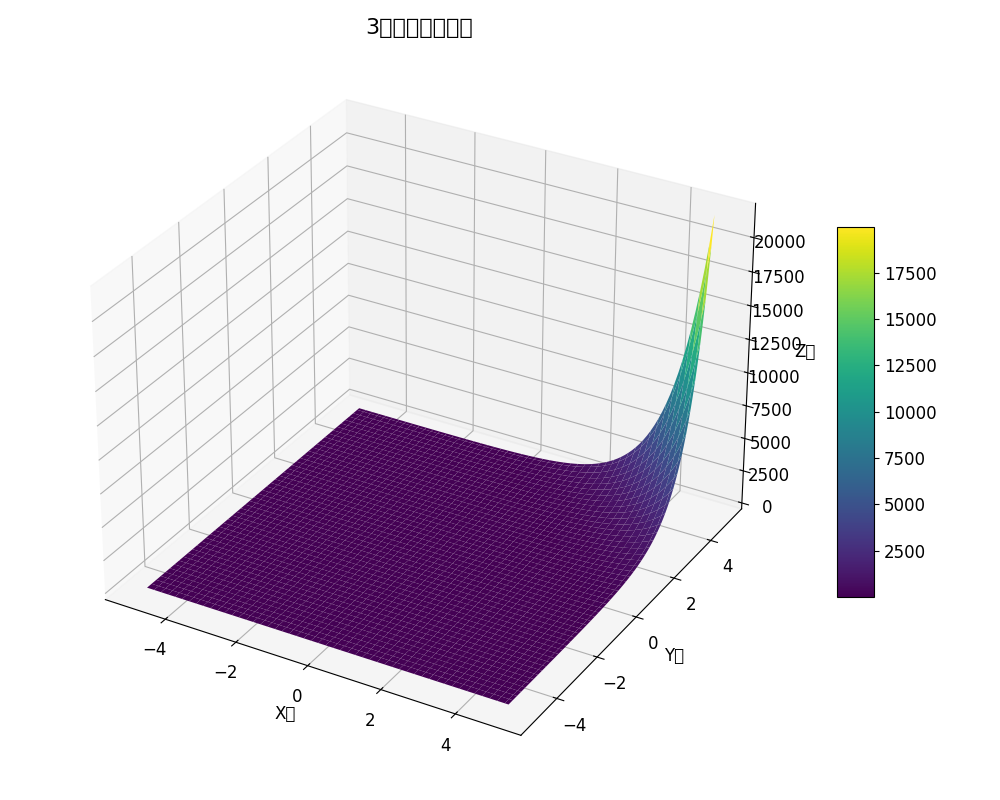
Repository: gouyamada/draw_surface
Script's output: python src/draw_surface.py
The author's editor kept a copy of each file at every save. The script's output is drawn from the files as they stood at one save, then again after the next save.
Random numbers start from a fixed seed.

Above is the script's output before, as saved 2025-07-28 15:42:42.

After the next save:
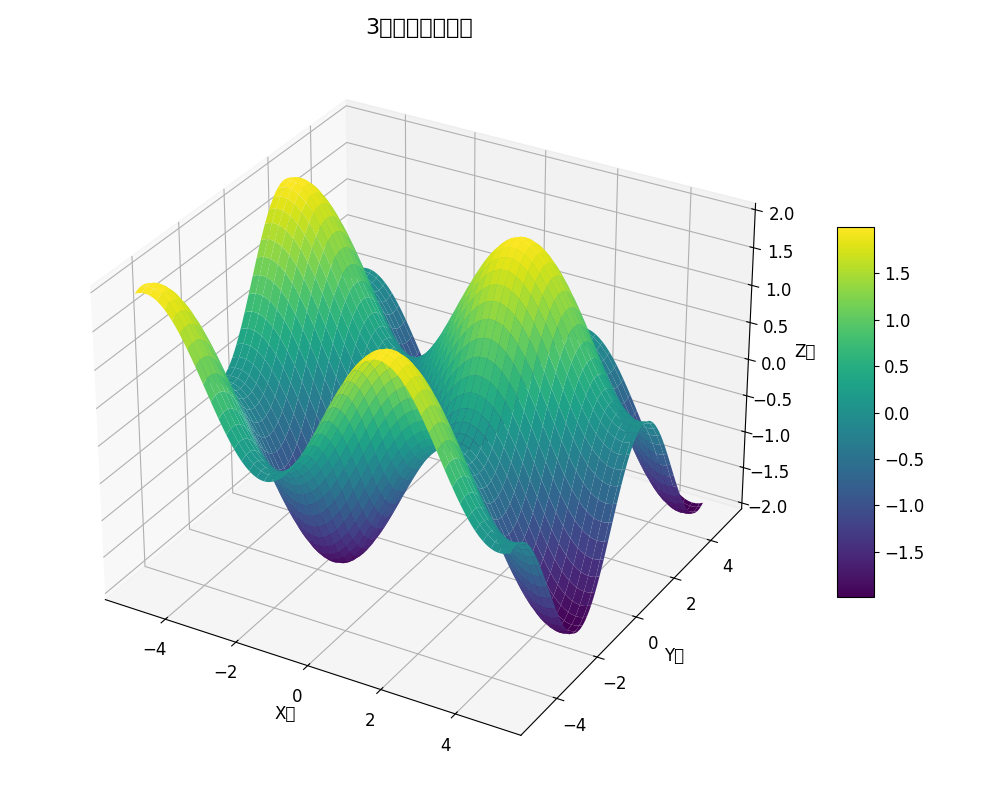
Saved 65 s later.
--- a/src/draw_surface.py
+++ b/src/draw_surface.py
@@ -16,7 +16,7 @@ def surface_setting(x, y):
     """
     描画する曲面の関数を定義する関数
     """
-    z = np.exp(x + y)
+    z = np.sin(x) + np.sin(y)
     return z
 
 
